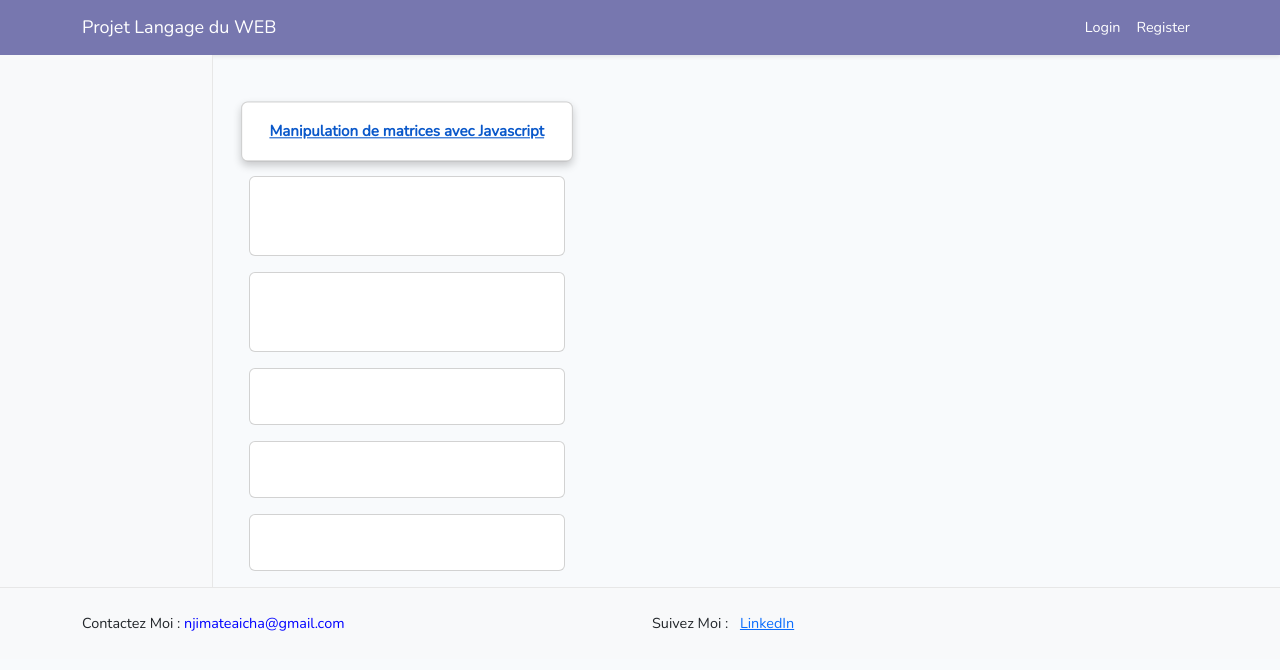
Repository: NjimateAicha/LaravelWeb
Page: http://localhost/projets
These files come from the project's save history. The page is drawn as it stood at one moment and after the next save; the edit follows.
The browser window is 1280 px wide. The pictures show the whole page.
The pointer rests on the first visible `.custom-card`.
Some web libraries are served in a nearby version. The page is served by the project's Laravel application, run on PHP 8.4 with Laravel 9. Style sheets and scripts are compiled from the project's sources, by tool versions that may differ from the author's.

Above is the page before, as saved 2024-05-19 16:55:41.

After the next save:
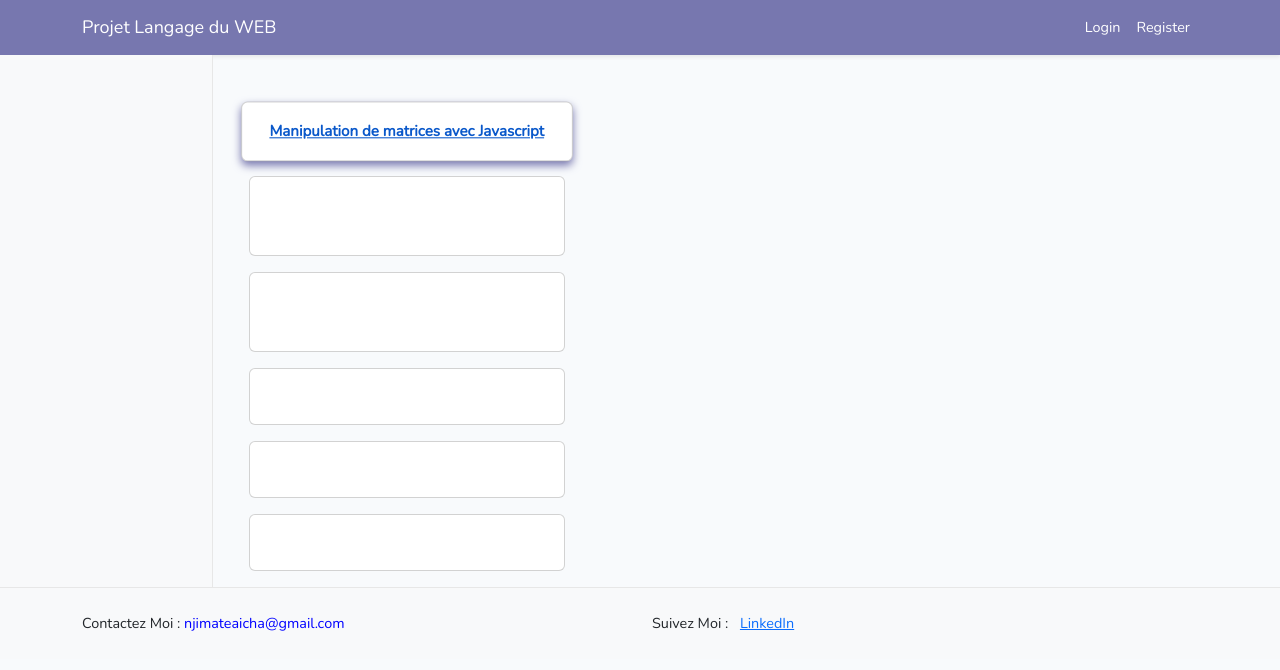
Saved 20 s later.
--- a/resources/views/projets/index.blade.php
+++ b/resources/views/projets/index.blade.php
@@ -49,7 +49,7 @@
 
     .custom-card:hover {
         transform: scale(1.05);
-        box-shadow: 0 4px 8px rgba(0, 0, 0, 0.2);
+        box-shadow: 0 4px 8px #7777af;(0, 0, 0, 0.2);
     }
 
     .custom-card .card-body {
